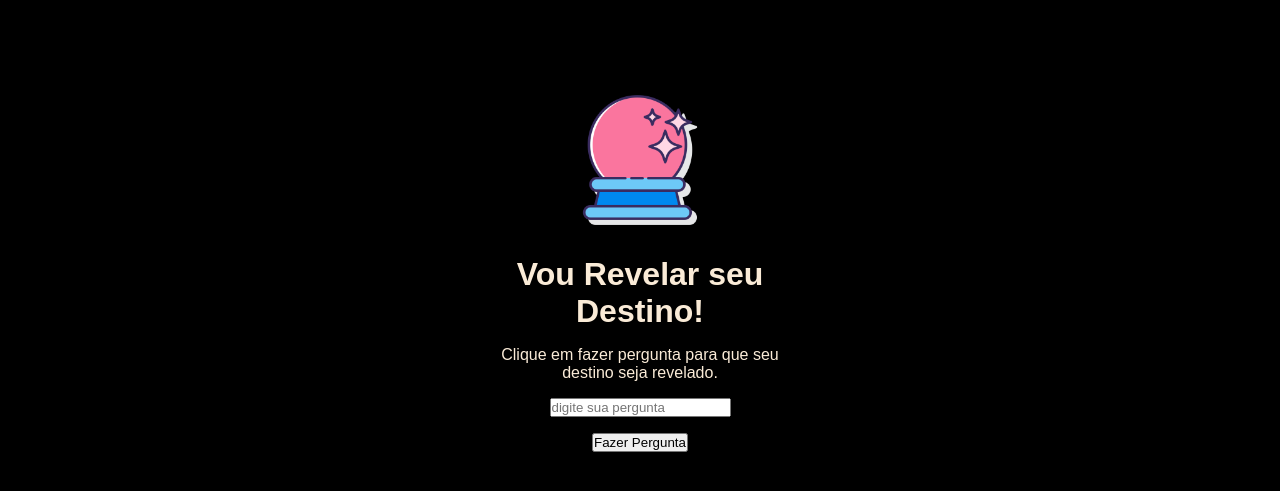
Repository: guilhermecardoso93/nlwexplorer
Page: index.html
An editor plug-in stored every save of this project. The page is shown before and after the next save, followed by the edit.
The browser window is 1280 px wide. The pictures show the whole page.

Above is the page before, as saved 2022-06-08 23:36:43.

### index.html
<!DOCTYPE html>
<html lang="pt-br">
  <head>
    <meta charset="UTF-8" />
    <meta http-equiv="X-UA-Compatible" content="IE=edge" />
    <meta name="viewport" content="width=device-width, initial-scale=1.0" />
    <link rel="stylesheet" href="./styles.css" />
    <title>NLW Explorer</title>
  </head>
  <body>
    <main>
      <div  class="principal">
        <img
          src="./cristalball.png"
          alt="Imagem de uma bola de cristal"
          id="cristalBallImg"
        />
        <h1>Vou Revelar seu Destino!</h1>
        <p>Clique em fazer pergunta para que seu destino seja revelado.</p>
        <input type="text" placeholder="digite sua pergunta" />
        <button>Fazer Pergunta</button>
      </div>
    </main>
  </body>
  <script src="./script.js"></script>
</html>

### styles.css
* {
  margin: 0;
  padding: 0;
  box-sizing: border-box;
}
body {
  margin: auto;
  background-color: black;
  color: antiquewhite;
  text-align: center;
  font-family: sans-serif;
}

main .principal {
  display: flex;
  flex-direction: column;
  margin: auto;
  margin-top: 5rem;
  width: 20rem;
  align-items: center;
  gap:1rem;
}



#cristalBallImg {
  width: 10rem;
}

Loaded but not shown: script.js (no stored copy; drawn as an empty file)

After the next save:
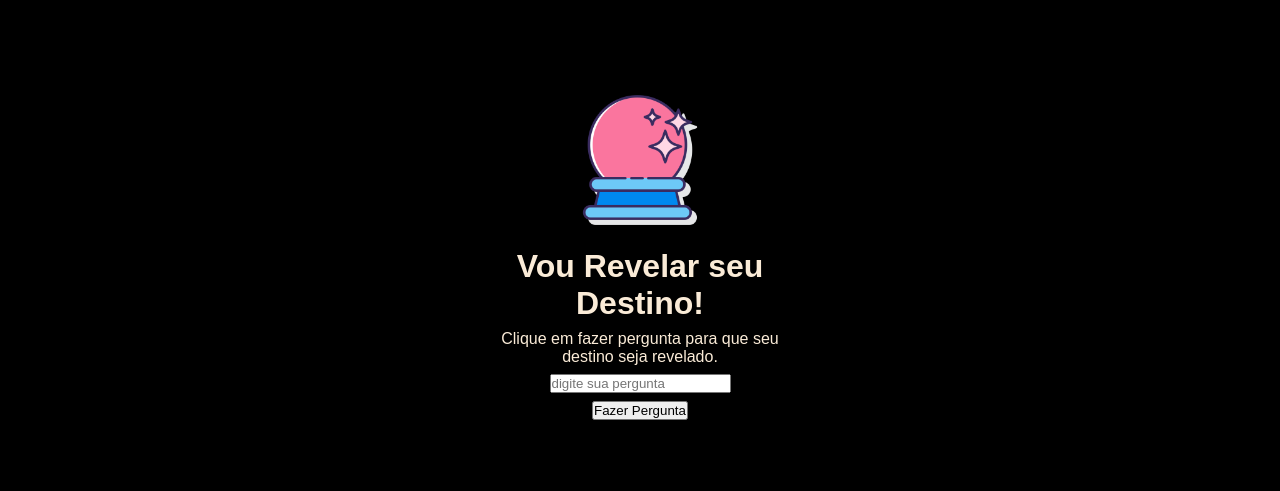
Saved 6 s later.
--- a/styles.css
+++ b/styles.css
@@ -18,7 +18,7 @@
   margin-top: 5rem;
   width: 20rem;
   align-items: center;
-  gap:1rem;
+  gap:0.5rem;
 }
 
 
